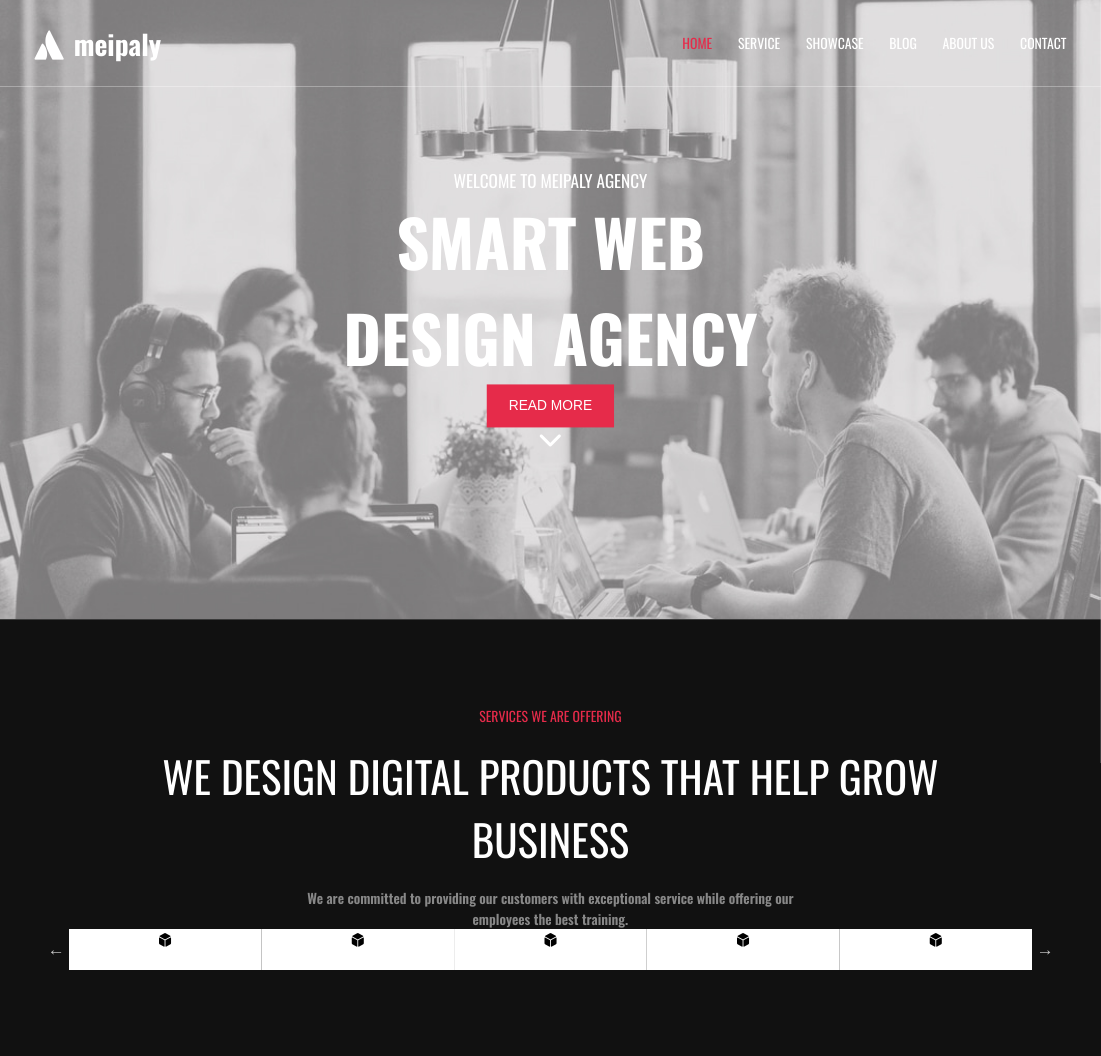
Repository: trminhphuc1504/meipaly
Page: meipaly.html
An editor plug-in stored every save of this project. The page is shown before and after the next save, followed by the edit.
The browser window is 1280 px wide. The pictures show the whole page, at 86% of full size.
Some web fonts or font styles are not loaded; a fallback is used. Some web libraries are served in a nearby version.

Above is the page before, as saved 2024-08-19 19:01:59.

### meipaly.html
<!DOCTYPE html>
<html lang="en">
  <head>
    <meta charset="UTF-8" />
    <meta http-equiv="X-UA-Compatible" content="IE=edge" />
    <meta name="viewport" content="width=device-width, initial-scale=1.0" />
    <title>Meipaly</title>
    <!-- link logo -->
    <link
      rel="stylesheet"
      href="https://cdnjs.cloudflare.com/ajax/libs/font-awesome/6.6.0/css/all.min.css"
    />
    <!-- google-font -->
    <link rel="preconnect" href="https://fonts.googleapis.com" />
    <link rel="preconnect" href="https://fonts.gstatic.com" crossorigin />
    <link
      href="https://fonts.googleapis.com/css2?family=Oswald:wght@200..700&display=swap"
      rel="stylesheet"
    />

    <!-- Slick css -->
    <link rel="stylesheet" href="./lib/slick/slick.css" />

    <!-- Slick CSS Theme -->
    <link rel="stylesheet" href="./lib/slick/slick-theme.css" />

    <!-- link css -->
    <link rel="stylesheet" href="css/meipaly.css" />
  </head>
  <body>
    <!-- header -->
    <section id="header">
      <div class="container">
        <header>
          <div class="header-logo">
            <i class="fa-brands fa-atlassian"></i> <span>meipaly </span>
          </div>
          <nav class="header-nav">
            <ul>
              <li><a class="active" href="">HOME</a></li>
              <li><a href="">SERVICE</a></li>
              <li><a href="">SHOWCASE</a></li>
              <li><a href="">BLOG</a></li>
              <li><a href="">ABOUT US</a></li>
              <li><a href="">CONTACT</a></li>
            </ul>
          </nav>
        </header>
      </div>
    </section>
    <!-- banner -->
    <section id="banner">
      <div class="banner-content">
        <p class="banner-desc">WELCOME TO MEIPALY AGENCY</p>
        <h1 class="banner-title">SMART WEB DESIGN AGENCY</h1>
        <button class="banner-btn">Read More</button>
        <i class="fa-solid fa-chevron-down banner-icon"></i>
      </div>
    </section>

    <!-- Carousel -->
    <section id="carousel">
      <div class="container">
        <div class="carousel-content">
          <div class="carousel-sub-title">SERVICES WE ARE OFFERING</div>
          <h2 class="carousel-title">
            WE DESIGN DIGITAL PRODUCTS THAT HELP GROW BUSINESS
          </h2>
          <p class="carousel-desc">
            We are committed to providing our customers with exceptional service
            while offering our employees the best training.
          </p>
          <div class="carousel-slider">
            <div class="slider-content">
              <div class="carousel-slider-item">
                <i class="fa-solid fa-dice-d6"></i>
                <p>App mobile development</p>
              </div>
            </div>
            <div class="slider-content">
              <div class="carousel-slider-item">
                <i class="fa-solid fa-dice-d6"></i>
                <p>App mobile development</p>
              </div>
            </div>
            <div class="slider-content">
              <div class="carousel-slider-item">
                <i class="fa-solid fa-dice-d6"></i>
                <p>App mobile development</p>
              </div>
            </div>
            <div class="slider-content">
              <div class="carousel-slider-item">
                <i class="fa-solid fa-dice-d6"></i>
                <p>App mobile development</p>
              </div>
            </div>
            <div class="slider-content">
              <div class="carousel-slider-item">
                <i class="fa-solid fa-dice-d6"></i>
                <p>App mobile development</p>
              </div>
            </div>
            <div class="slider-content">
              <div class="carousel-slider-item">
                <i class="fa-solid fa-dice-d6"></i>
                <p>App mobile development</p>
              </div>
            </div>
            <div class="slider-content">
              <div class="carousel-slider-item">
                <i class="fa-solid fa-dice-d6"></i>
                <p>App mobile development</p>
              </div>
            </div>
            <div class="slider-content">
              <div class="carousel-slider-item">
                <i class="fa-solid fa-dice-d6"></i>
                <p>App mobile development</p>
              </div>
            </div>
          </div>
        </div>
      </div>
    </section>

    <!-- JQuery -->
    <script src="./js/jquery-1.11.0.min.js"></script>
    <!-- Slick JS -->
    <script src="./lib/slick/slick.min.js"></script>

    <script>
      $(".carousel-slider").slick({
        //Chạy vòng tròn
        infinite: true,
        //số lượng item hiển thị
        slidesToShow: 5,
        //số lượng item thay đổi  khi scroll
        slidesToScroll: 2,
        //Ẩn hiện mũi tên next or prev item
        arrows: true,
        //Tự động chuyển slider
        autoplay: true,
        //Thời gian chuyển slider item (đơn vị ms, 1s = 1000ms)
        autoplaySpeed: 2000,
      });
    </script>
  </body>
</html>

### css/meipaly.css
/* reset css */
* {
margin: 0;
padding: 0;
box-sizing: border-box;
}

/* reset gạch chân mặc định của thẻ a  */
a{
    text-decoration: none;
}
html{
    font-family: "Oswald", sans-serif;
}

.container{
    max-width: 1200px;
    margin: auto;
    /* background: blue; */
}

/* --------------Header-------------- */
header{
    display: flex;
    justify-content: space-between;
    height: 100px;
    align-items: center;
}

#header{
    position: absolute;
    width: 100%;
    left: 0;
    top:0;
    border-bottom:1px solid rgba(255, 255, 255, 0.4);
}

header .header-logo{
    /* thay đổi hình dạng của con trỏ chuột */
    cursor:pointer ;
}

/* selector chọn những thẻ có class là header-logo nằm trong thẻ header */
header .header-logo span{
 font-size:32px;
 font-weight: 700;
 color:#fff;
 margin-left:  8px;
}

header .header-logo i{
    font-size:34px;
    color: #fff;
}

header .header-nav a{
    text-decoration: none;
    text-transform: uppercase;
    color: #fff;
    /* Xác định thuộc tính thay đổi */
    /* transition: all; */

    /* Thời gian thực hiện chuyển động thay đổi */
    /* transition-duration: 0.3s; */

    /* Hiệu ứng thay đổi */
    /* transition-timing-function: ease-in-out; */

    /* Cú pháp rút gọn */
    transition: all 0.3s ease-in-out;
}
/* hover: bắt sự kiện khi rê chuột vào thẻ a */
header .header-nav a:hover{
color: #e62b4a;
}
/* C1 */
/* header .header-nav li {
    display: inline;
    margin: 30px;
} */

/* C2: Sử dụng flex */
header .header-nav ul{
    /* bỏ đi đánh dấu của thẻ ul li */
    list-style: none;
    display: flex;
    /* chỉnh khoảng cách giữa các flex items */
    gap: 30px;
}
/* C1: thêm class active vào thẻ a ở file html */
/* Seclector tới thẻ a có class active nằm trong header-nav và trong header */
header .header-nav a.active{
    color: #e62b4a;
}

/* C2 */
/* Selector tới thẻ a trong thẻ con li đầu tiên của thẻ ul */
/* nth-child():lựa chọn tới thẻ con bất kì */
/* header .header-nav ul li:first-child{
    color: #e62b4a;
} */

#banner{
        /* Dùng hình ảnh để làm hình nền  */
        background:url(../img/home_slider.jpg);
        /*Tránh trường hợp lặp lại hình*/
        background-repeat: no-repeat;
        /* Chỉnh kích thước của hình nền */
        /* cover:chiếm hết toàn bộ kích thước của thẻ cha */
        /* contain: Giữ nguyên kích thước của hình*/
        background-size: cover;
        /* Chỉnh sửa vị trí của hình background */
        background-position: center;

        /* Cú pháp viết gọn */
        /* background:url(../img/home_slider.jpg) no-repeat center / cover; */
}



/* Banner */
/* Căn giữa nội dụng */
/* C1: flex box */
#banner .banner-content{
    display: flex;
    flex-direction: column;
    justify-content: center;
    align-items: center;
    height:100vh;
}

#banner .banner-content .banner-icon{
    color:#fff;
    font-size: 28px;

    /* Tên của animation đang muốn áp dụng vào */
    animation-name: fadeDown;

    /* Kiểu chuyển động của animation */
    animation-timing-function: linear;

    /* Thời gian thực hiện của animation */
    animation-duration: 1s;

    animation-fill-mode: both;

    /* Thời gian chờ trước khi animation đc thực hiện */
    animation-delay: 1s;

    /* Số lần animation đc thực hiện */
    animation-iteration-count: infinite;


    /* Cú pháp rút gọn: */
    /* animation:fadeDown 1s linear infinite; */
}

/* C2:Position */
/* #banner{
    position: relative;
} */

/* #banner .banner-content{
    position: absolute;
    top:50%;
    left:50%;
    transform: translate(-50%,-50%);
    margin-top:79px;
    text-align: center;
    background-color: #111;
} */

#banner .banner-content .banner-desc{
    color: white;
    font-size: 20px;

}

#banner .banner-content .banner-title{
    color: white;
    font-size: 75px;
    max-width: 500px;
    text-align: center;
}



#banner .banner-content .banner-btn{
    background-color: rgb(230, 43, 74);
    padding: 14px 24px;
    text-transform: uppercase;
    color: #fff;
    font-size: 16px;
    font-weight: 400;
    cursor: pointer;
    outline: none;
    border: 2px solid transparent;
    transition: all 0.3s ease-in-out;
}

#banner .banner-content .banner-btn:hover{
    /* Giá trị cuối cùng (alpha) từ 0-1 giá trị càng nhỏ thì càng đậm */
    /* background-color: rgb(230, 43, 74); */
    background: rgb(230, 43, 74 ,0.6);
}

/* Tạo animation */
/* @keyframe */
@keyframes fadeDown {
    from{
        /* thuộc tính của trang thái bắt đầu */
        opacity: 1;
        transform: translateY(0);
    }
    to{
        /* thuộc tính ở trạng thái khết thúc */
        opacity: 0;
        transform: translateY(50px);
    }
}


/* Carousel */
#carousel{
    padding: 100px 80px;
    background-color:#111;
}

#carousel .carousel-content {
    text-align: center;

}

#carousel .carousel-content .carousel-sub-title{
    color:#e62b4a
}

#carousel .carousel-content .carousel-title{
    font-size: 50px;
    font-weight: 400;
    color:#fff;
    padding: 20px 60px;
}

#carousel .carousel-content .carousel-desc{
    font-size: 16px;
    font-weight: 600;
    color: #888;
    /* padding: 0 60px; */
    /* Độ rộng lớn nhất 600px */
    max-width: 600px;
    /* Căn giữa */
    margin: auto;
}



#carousel .carousel-slider-item{
    padding:px 30px;
    /* background-color:#fff; */
    background:#fff;
}


#carousel .carousel-slider-item p{
    color: #fff
}

Loaded but not shown: lib/slick/slick.css (common file); lib/slick/slick-theme.css (library); js/jquery-1.11.0.min.js (library); lib/slick/slick.min.js (library)

After the next save:
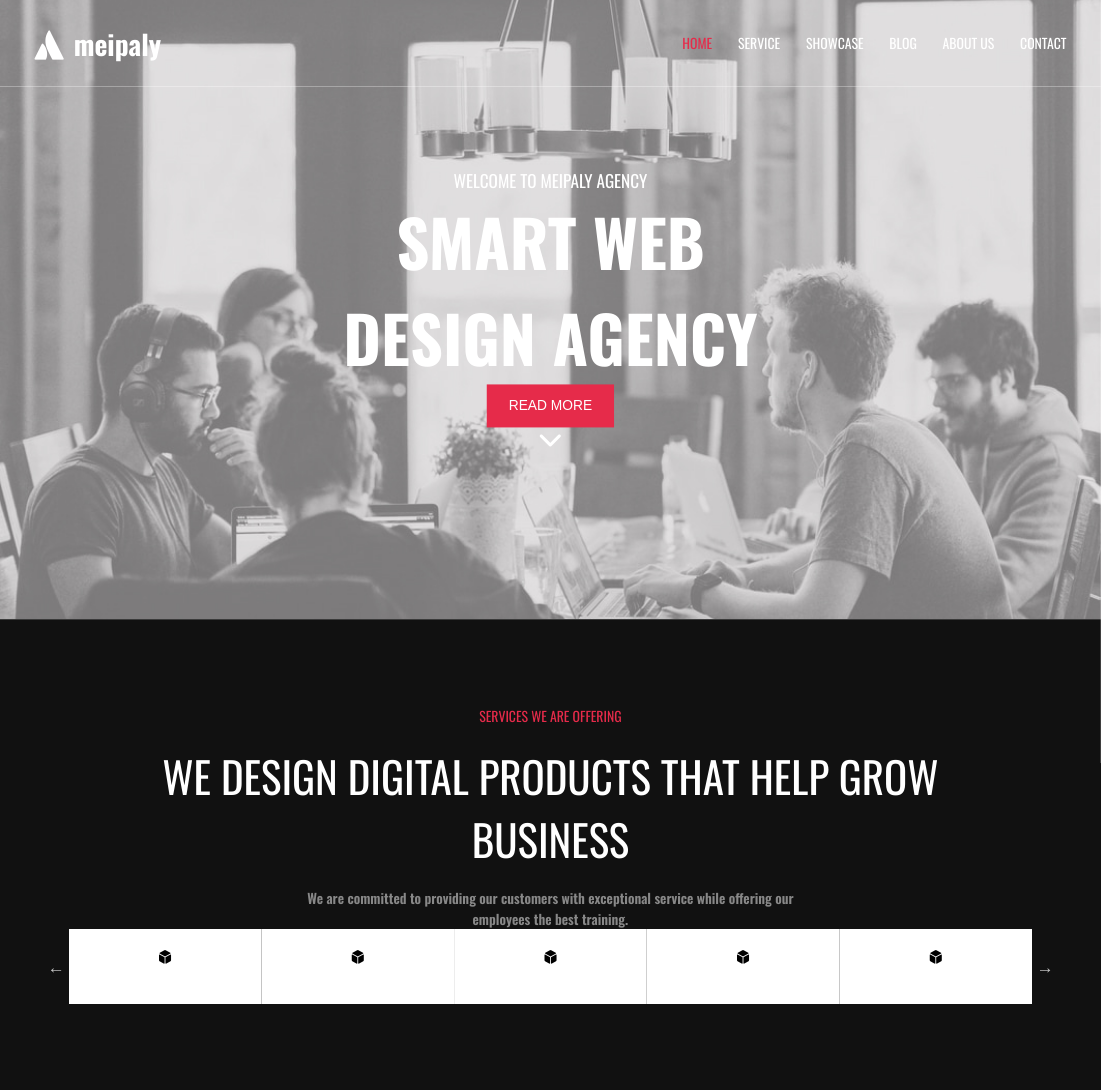
Saved 11 s later.
--- a/css/meipaly.css
+++ b/css/meipaly.css
@@ -256,7 +256,7 @@
 
 
 #carousel .carousel-slider-item{
-    padding:px 30px;
+    padding:20px;
     /* background-color:#fff; */
     background:#fff;
 }
